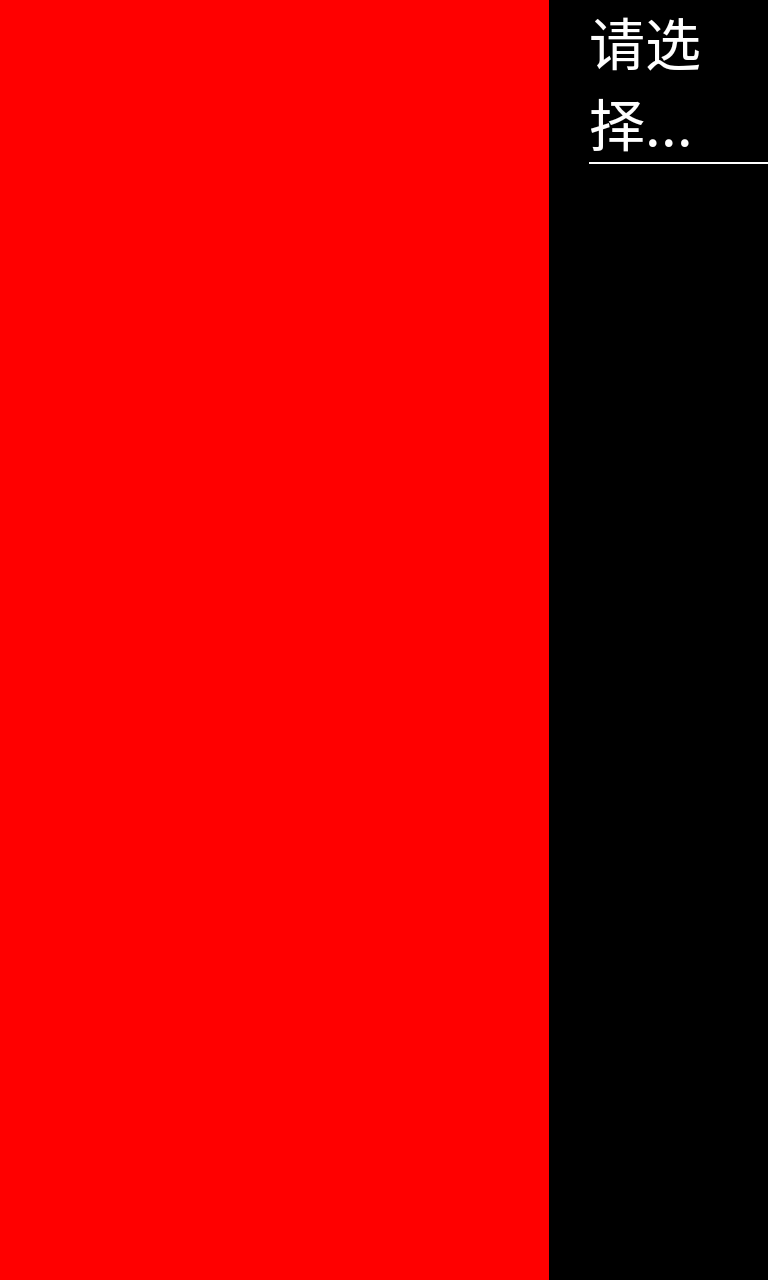
Repository: hhxiaojQCS/QCS_ListView
Layout: QCS/res/layout/activity_filter.xml
An editor plug-in stored every save of this project. The layout is shown before and after the next save, followed by the edit.
It is drawn on a 768 x 1280 px phone screen (xhdpi) without system bars, with theme AppTheme; the app's code is not run. Lists and similar views that code fills are empty.

Above is the layout before, as saved 2013-08-07 08:18:11.

After the next save:
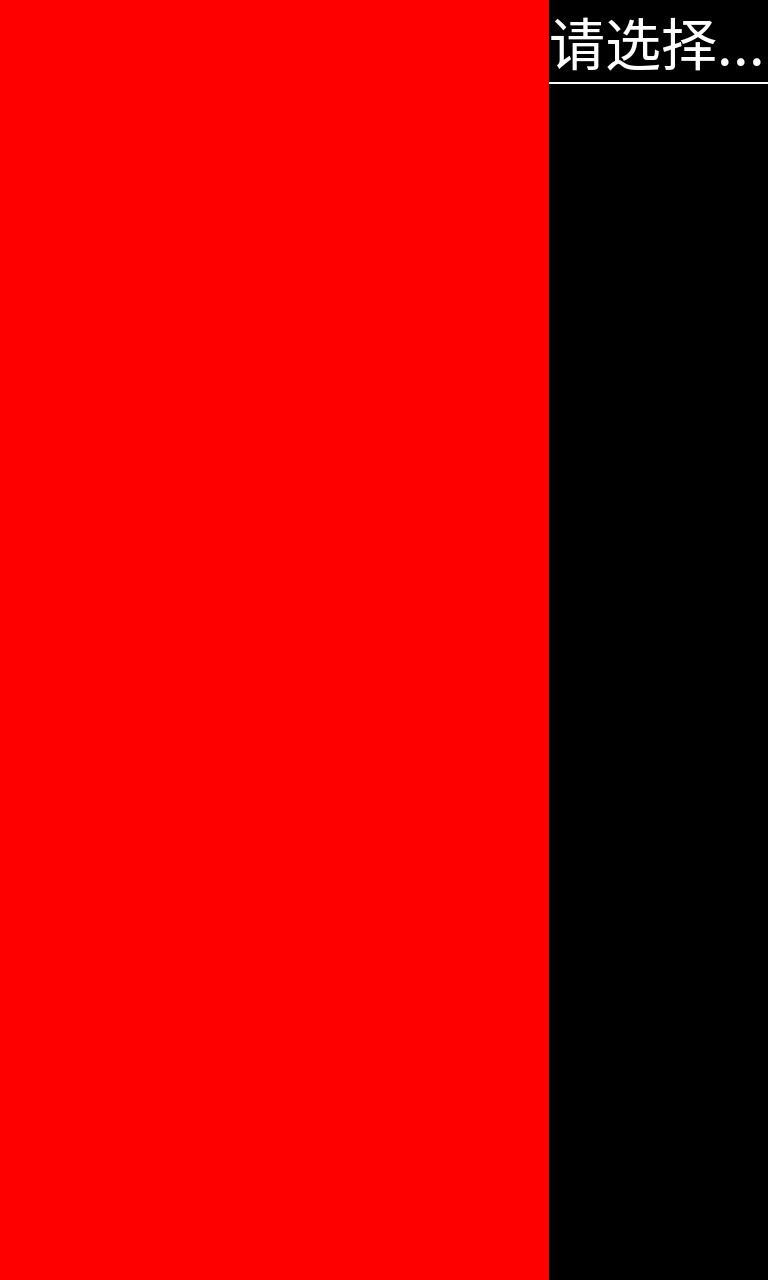
Saved 90 s later.
--- a/QCS/res/layout/activity_filter.xml
+++ b/QCS/res/layout/activity_filter.xml
@@ -29,7 +29,7 @@
             android:background="#000000"
             android:gravity="left"
             android:orientation="vertical"
-            android:paddingLeft="20dip" >
+             >
 
             <TextView
                 android:id="@+id/tv_01"
